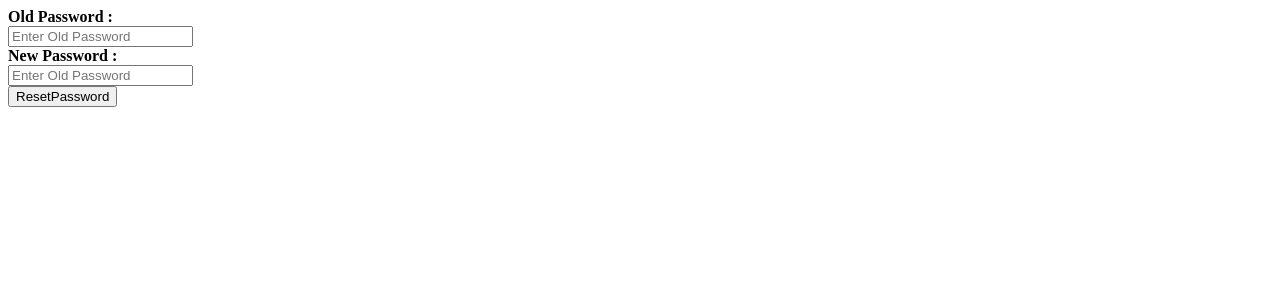
Repository: Shivani2392/FlyAwayProject
Page: http://localhost/FlightBookingPortal/ResetPassword.jsp
The author's editor kept a copy of each file at every save. The page is drawn from the files as they stood at one save, then again after a run of saves.
The browser window is 1280 px wide. The pictures show the whole page.
The page is served by Tomcat 9. Other server files are loaded and not shown.

Above is the page before, as saved 2020-11-22 12:23:26.

### FlightBookingPortal/src/main/webapp/ResetPassword.jsp
<%@ page language="java" contentType="text/html; charset=ISO-8859-1"
    pageEncoding="ISO-8859-1"%>
<!DOCTYPE html>
<html>
<head>
<meta charset="ISO-8859-1">
<title>Insert title here</title>
</head>
<body>
<form action="ResetPassowrd" method="post">

 <label for="resetownpassword"><b>Old Password : </b></label><br>
      <input type="text" placeholder="Enter Old Password" name="oldpassword"><br>
      <label for="resetownpassword"><b>New Password : </b></label><br>
      <input type="text" placeholder="Enter Old Password" name="newpassword"><br>
      <input type="submit" value="ResetPassword">
</form>



</form>
</body>
</html>

After the next 2 saves:
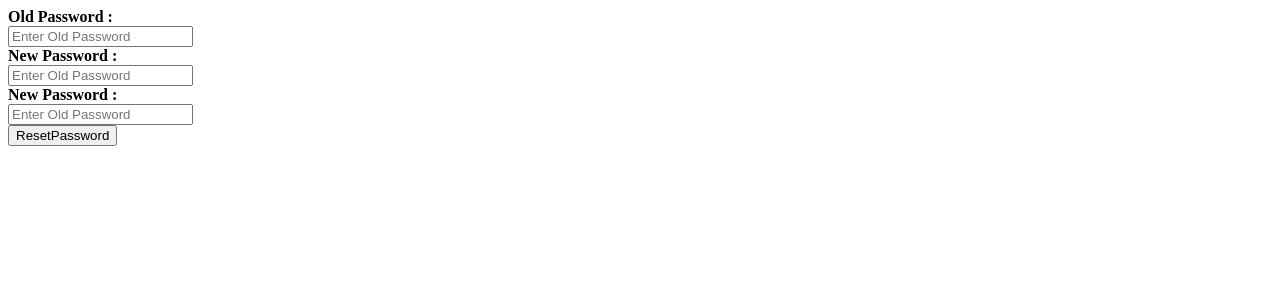
The 2 saves are shown as one change because they came seconds apart.
The last was saved 4 min 38 s later.
--- a/FlightBookingPortal/src/main/webapp/ResetPassword.jsp
+++ b/FlightBookingPortal/src/main/webapp/ResetPassword.jsp
@@ -12,6 +12,8 @@
  <label for="resetownpassword"><b>Old Password : </b></label><br>
       <input type="text" placeholder="Enter Old Password" name="oldpassword"><br>
       <label for="resetownpassword"><b>New Password : </b></label><br>
+      <input type="text" placeholder="Enter Old Password" name="oldpassword"><br>
+      <label for="resetownpassword"><b>New Password : </b></label><br>
       <input type="text" placeholder="Enter Old Password" name="newpassword"><br>
       <input type="submit" value="ResetPassword">
 </form>
